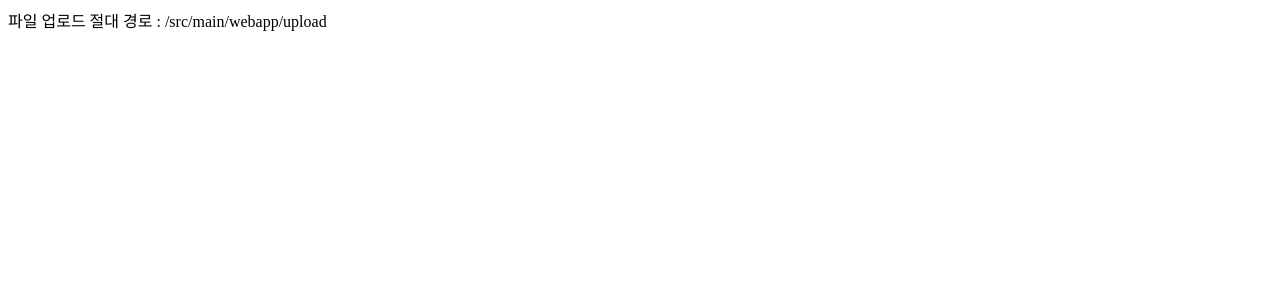
Repository: yuntaekOhO/SY_Academy_Study
Page: http://localhost/ch03-JSP/ch08-fileupload/s02_fileUpload.jsp
The author's editor kept a copy of each file at every save. The page is drawn from the files as they stood at one save, then again after a run of saves.
The browser window is 1280 px wide. The pictures show the whole page.
The page is served by Tomcat 9. Other server files are loaded and not shown.

Above is the page before, as saved 2022-06-28 06:35:03.

### workspace_jsp/ch03-JSP/src/main/webapp/ch08-fileupload/s02_fileUpload.jsp
<%@ page language="java" contentType="text/html; charset=UTF-8"
    pageEncoding="UTF-8"%>
<%@ page import="com.oreilly.servlet.MultipartRequest" %>
<%@ page import="com.oreilly.servlet.multipart.DefaultFileRenamePolicy" %>
<%@ page import="java.io.File" %>
<!DOCTYPE html>
<html>
<head>
<meta charset="UTF-8">
<title>파일 업로드 처리</title>
</head>
<body>
<%
	//파일 업로드 경로
	String saveFolder = "/upload";
	String encType = "UTF-8";//인코딩 타입
	int maxSize = 5*1024*1024;//파일의 최대 업로드 사이즈, 5MB

	//파일 업로드 절대 경로 구하기
	String realFolder = application.getRealPath(saveFolder);

	out.println("파일 업로드 절대 경로 : " + realFolder + "<br>");
%>
</body>
</html>

After the next 2 saves:
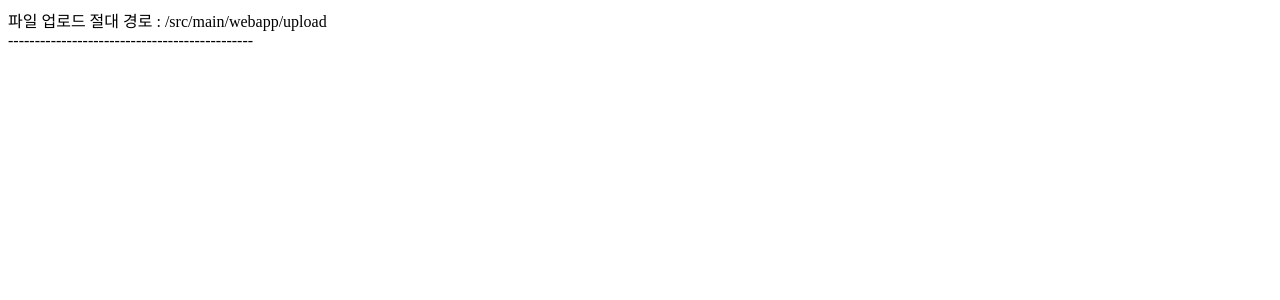
The 2 saves are shown as one change because 1 did not build or start.
The last was saved 3 min 9 s later.
--- a/workspace_jsp/ch03-JSP/src/main/webapp/ch08-fileupload/s02_fileUpload.jsp
+++ b/workspace_jsp/ch03-JSP/src/main/webapp/ch08-fileupload/s02_fileUpload.jsp
@@ -20,6 +20,12 @@
 	String realFolder = application.getRealPath(saveFolder);
 
 	out.println("파일 업로드 절대 경로 : " + realFolder + "<br>");
+	out.println("----------------------------------------------<br>");
+	try{
+
+	}catch(Exception e){
+		e.printStackTrace();
+	}
 %>
 </body>
 </html>
